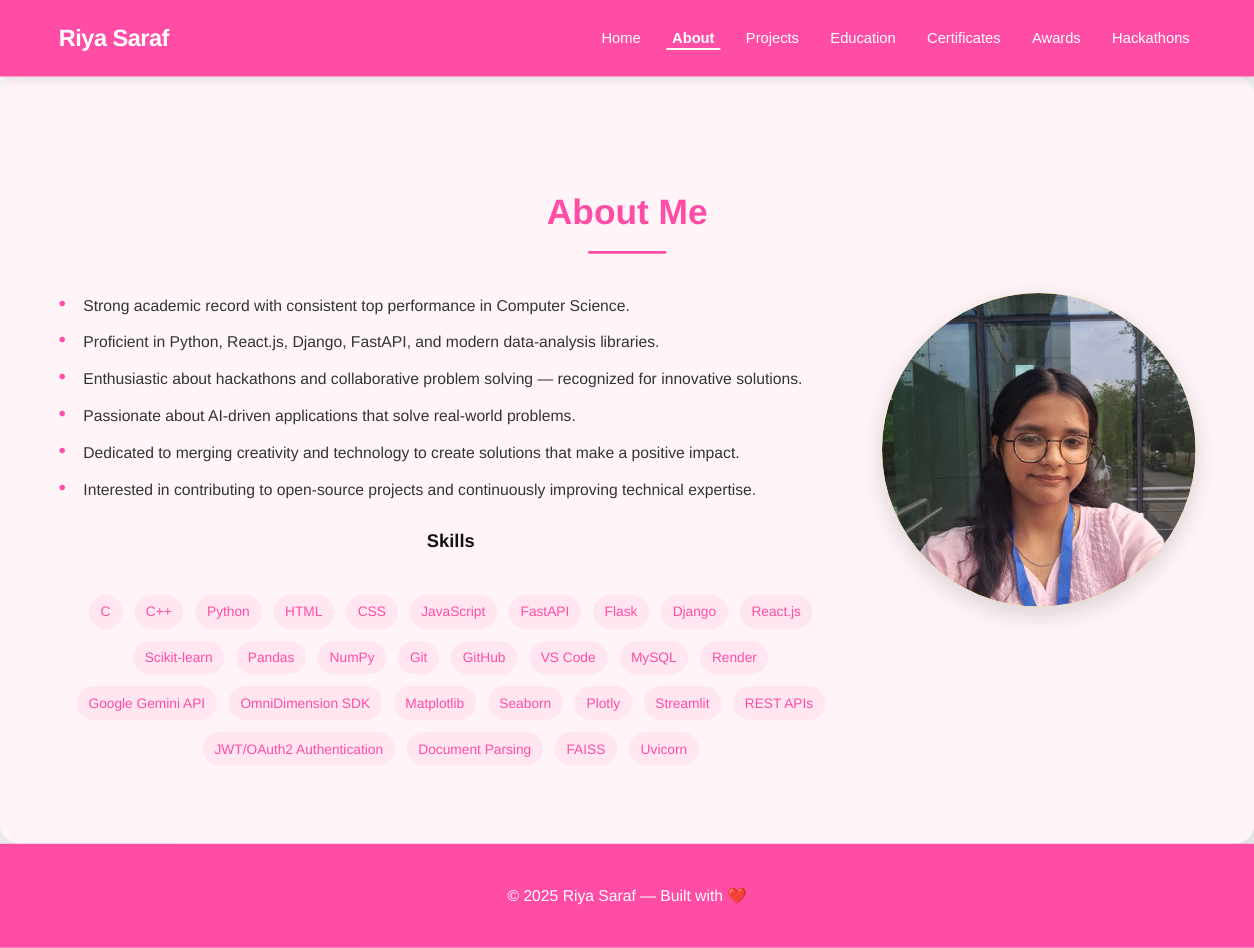
Repository: riyaaaa19/riya-portfolio
Page: /, after clicking the first element matching `nav > :nth-child(2)`
These files come from the project's save history. The page is drawn as it stood at one moment and after the next save; the edit follows.
The browser window is 1280 px wide. The pictures show the whole page, at 98% of full size.
The project was rebuilt for these pictures with package versions that can differ from the ones it lists, and the page was loaded fresh each time. Also part of the build but not shown: src/components/TimelineCard.js.

Above is the page before, as saved 2025-09-14 15:52:50.

### src/App.js
import React, { useState } from "react";
import { Mail, Github, Linkedin } from "lucide-react";
import TimelineCard from "./components/TimelineCard";
import "./styles.css";

export default function RiyaSarafPortfolio() {
  const [activePage, setActivePage] = useState("home");

  // ===== Data Sections =====
  const projects = [
    {
      title: "Leave Management System",
      tech: "React.js, FastAPI, PostgreSQL, JWT",
      desc: "Full-stack app for managing employee leave requests with role-based access and JWT authentication.",
      github: "https://github.com/riyaaaa19/leave-management-system",
      img: "/images/leave.png",
    },
    {
      title: "Genomic Analysis Web Application",
      tech: "Python, Django, Scikit-learn, Pandas",
      desc: "Django app for genomic data analysis with ML model selection, preprocessing and visualizations.",
      github: "https://github.com/riyaaaa19/genomic-analysis-django",
      img: "/images/genomics.png",
    },
    {
      title: "CyberSaarthi – Phishing & Invoice Fraud Detection",
      tech: "FastAPI, React.js, SQLite",
      desc: "ML + rule-based backend for phishing and invoice fraud detection with document parsing and structured reports.",
      github: "https://github.com/riyaaaa19/CyberSaarthi",
      img: "/images/cyber.png",
    },
    {
      title: "SheCare AI",
      tech: "FastAPI, React, SQLite, OmniDimension API",
      desc: "Health & wellness assistant for women with cycle tracking, journaling, PCOS risk check, and AI chatbot.",
      github: "https://github.com/sonamnimje/SheCare-AI",
      img: "/images/shecare.png",
    },
    {
      title: "SmartGrocery — AI-Powered Grocery & Recipe Assistant",
      tech: "Flask, Scikit-learn, Bootstrap, CSS",
      desc: "Smart Grocery Web app for recipe suggestions, nutrition tracking, inventory management, and shopping lists.",
      github: "https://github.com/arnavv19/Smart-Grocery-AI",
      img: "/images/grocery.png",
    },
  ];

  const education = [
    {
      school: "BADERIA GLOBAL INSTITUTE OF ENGINEERING AND MANAGEMENT",
      degree: "B.Tech CSE (Data Science)",
      year: "2022 – 2026",
      score: "CGPA: 8.28",
      img: "/images/graduation.png",
    },
    {
      school: "Nachiketa Higher Secondary School, Jabalpur",
      degree: "Class 12th • PCM • State Board",
      year: "2022",
      score: "Percentage: 73.4%",
      img: "/images/school.png",
    },
    {
      school: "Nachiketa Higher Secondary School, Jabalpur",
      degree: "Class 10th • State Board",
      year: "2020",
      score: "Percentage: 92%",
      img: "/images/school.png",
    },
  ];

  const certificates = [
    { title: "PCAP: Programming Essentials in Python", img: "/images/certificate1.jpg" },
    { title: "Introduction to Data Science — Cisco", img: "/images/certificate2.jpg" },
    { title: "Accenture Data Analytics Simulation", img: "/images/certificate3.jpg" },
    { title: "Global Entrepreneur Summit — IIT Kharagpur", img: "/images/certificate4.jpg" },
    { title: "Artificial Intelligence Fundamentals — IBM SkillsBuild", img: "/images/certificate5.jpg" },
    { title: "Cybersecurity Essentials — Cisco", img: "/images/certificate6.jpg" },
    { title: "Data Analytics — IBM Cognos", img: "/images/certificate7.jpg" },
  ];

  const awards = [
    { title: "Branch Topper — 2023, 2024, 2025", img: "/images/award1.jpg" },
    { title: "Best Girls Team Award — Hack SRIT 2025", img: "/images/award2.jpg" },
    { title: "1st Runner-Up — Ecopreneur Hackathon", img: "/images/award3.jpg" },
    { title: "3rd Position — Slide The Change at IEEE SHE ASPIRE 2.0", img: "/images/award4.jpg" },
  ];

  const hackathons = [
    {
      title: "Ecopreneur Hackathon",
      desc: "Hosted by Baderia Global Institute of Engineering and Management",
      img: "/images/hackathon1.jpg",
    },
    {
      title: "36-hour HackSRIT Hackathon",
      desc: "Hosted by Shri Ram Institute of technology",
      img: "/images/hackathon2.jpg",
    },
    {
      title: "Operation Eclipse – Stealth Spacecraft Design & Architecture",
      desc: "Competition at IIITDM Jabalpur",
      img: "/images/hackathon3.jpg",
    },
    {
      title: "Global Entrepreneurship Summit 2025",
      desc: "IIT Kharagpur",
      img: "/images/hackathon4.jpg",
    },
    {
      title: "All India Women only Hackathon 2023",
      desc: "Hosted by Shooting stars foundation",
      img: "/images/hackathon5.jpg",
    },
  ];

  return (
    <div>
      {/* ===== Header ===== */}
      <header>
        <h1>Riya Saraf</h1>
        <nav>
          {["home", "about", "projects", "education", "certificates", "awards", "hackathons"].map((page) => (
            <button
              key={page}
              onClick={() => setActivePage(page)}
              className={activePage === page ? "active" : ""}
            >
              {page.charAt(0).toUpperCase() + page.slice(1)}
            </button>
          ))}
        </nav>
      </header>

      {/* ===== Home Section ===== */}
      {activePage === "home" && (
        <section className="hero">
          <div className="particle-bg">
            <span></span><span></span><span></span><span></span><span></span>
          </div>
          <div className="hero-text">
            <h2>
              Hi There, I'm <span className="highlight">Riya Saraf</span>
            </h2>
            <h3>
              I Am Into{" "}
              <span className="typing-container">
                <span className="typing">Web Development | Data Science | AI/ML</span>
              </span>
            </h3>
            <p>
              Motivated Computer Science undergraduate skilled in Python,
              full-stack development, and ML/AI. Passionate about building
              impactful solutions and contributing to open-source projects.
            </p>

            <div className="hero-buttons">
              <button className="cta" onClick={() => setActivePage("projects")}>View Projects</button>
              <a
                href="https://mail.google.com/mail/?view=cm&fs=1&to=riyasaraf19@gmail.com"
                target="_blank"
                rel="noopener noreferrer"
                className="cta"
              >
                Contact Me
              </a>
              <a
                href={process.env.PUBLIC_URL + "/images/resume.pdf"}
                target="_blank"
                rel="noopener noreferrer"
                className="cta"
              >
                View Resume
              </a>
            </div>

            <div className="social-icons">
              <a href="https://linkedin.com/in/riya-saraf-9223a9257" target="_blank" rel="noreferrer"><Linkedin size={18} /></a>
              <a href="https://github.com/riyaaaa19" target="_blank" rel="noreferrer"><Github size={18} /></a>
              <a href="mailto:riyasaraf19@gmail.com"><Mail size={18} /></a>
              <a href="https://leetcode.com/u/riyaaa19/" target="_blank" rel="noreferrer">LC</a>
              <a href="https://www.hackerrank.com/profile/riyasaraf19" target="_blank" rel="noreferrer">HR</a>
            </div>
          </div>
          <div className="hero-img">
            <div className="avatar-circle">
              <img src="/images/riya-photo.png" alt="Riya Saraf" />
            </div>
          </div>
        </section>
      )}

      {/* ===== About Section ===== */}
      {activePage === "about" && (
        <section className="about">
          <h2>About Me</h2>
          <div className="about-container" style={{ display: "flex", flexWrap: "wrap", gap: "40px", alignItems: "flex-start" }}>

            {/* Left Side: About Text + Skills */}
            <div style={{ flex: 1 }}>
              <ul style={{ paddingLeft: "0", lineHeight: "1.8", listStyle: "none" }}>
                {[
                  "Strong academic record with consistent top performance in Computer Science.",
                  "Proficient in Python, React.js, Django, FastAPI, and modern data-analysis libraries.",
                  "Enthusiastic about hackathons and collaborative problem solving — recognized for innovative solutions.",
                  "Passionate about AI-driven applications that solve real-world problems.",
                  "Dedicated to merging creativity and technology to create solutions that make a positive impact.",
                  "Interested in contributing to open-source projects and continuously improving technical expertise."
                ].map((point, index) => (
                  <li key={index} style={{ position: "relative", paddingLeft: "25px", marginBottom: "12px", fontSize: "16px", color: "#333" }}>
                    <span style={{ position: "absolute", left: 0, color: "#ff4da6", fontWeight: "bold", fontSize: "20px", lineHeight: "1" }}>•</span>
                    {point}
                  </li>
                ))}
              </ul>

              {/* Skills Section */}
              <h3 style={{ marginTop: "25px", marginBottom: "15px", color: "DarkPink", textAlign: "center" }}>Skills</h3>
              <div className="skills-section" style={{ display: "flex", flexWrap: "wrap", gap: "12px", justifyContent: "center" }}>
                {[
                  "C", "C++", "Python", "HTML", "CSS", "JavaScript",
                  "FastAPI", "Flask", "Django", "React.js", "Scikit-learn", "Pandas", "NumPy",
                  "Git", "GitHub", "VS Code", "MySQL", "Render", "Google Gemini API", "OmniDimension SDK",
                  "Matplotlib", "Seaborn", "Plotly", "Streamlit",
                  "REST APIs", "JWT/OAuth2 Authentication", "Document Parsing", "FAISS", "Uvicorn"
                ].map((skill) => (
                  <span key={skill} className="skills-card" style={{
                    backgroundColor: "#ffe6f0",
                    color: "#ff4da6",
                    padding: "6px 12px",
                    borderRadius: "20px",
                    fontSize: "14px",
                    fontWeight: "500"
                  }}>{skill}</span>
                ))}
              </div>
            </div>

            {/* Right Side: About Image */}
            <div className="about-img" >
              <div className="avatar-circle">
                <img
                  src="/images/about.png"
                  alt="About Me"
                />
              </div>
            </div>
          </div>
        </section>
      )}

      {/* ===== Projects Section ===== */}
      {activePage === "projects" && (
        <section>
          <h2>Projects</h2>
          <div className="grid">
            {projects.map((p, i) => (
              <TimelineCard
                key={i}
                title={p.title}
                subtitle={p.tech}
                img={p.img}
                score={<span style={{ color: "#555" }}>{p.desc}</span>}
                github={p.github}
                live={p.live}
                type="project"
              />
            ))}
          </div>
        </section>
      )}

      {/* ===== Education Section ===== */}
      {activePage === "education" && (
        <section>
          <h2>Education</h2>
          <div className="timeline">
            {education.map((e, i) => (
              <TimelineCard
                key={i}
                title={e.school}
                subtitle={e.degree}
                year={e.year}
                score={e.score}
                img={e.img}
                type="education"
              />
            ))}
          </div>
        </section>
      )}

      {/* ===== Certificates Section ===== */}
      {activePage === "certificates" && (
        <section>
          <h2>Certificates</h2>
          <div className="grid">
            {certificates.map((c, i) => (
              <TimelineCard key={i} title={c.title} img={c.img} type="certificate" />
            ))}
          </div>
        </section>
      )}

      {/* ===== Awards Section ===== */}
      {activePage === "awards" && (
        <section>
          <h2>Awards</h2>
          <div className="grid">
            {awards.map((a, i) => (
              <TimelineCard key={i} title={a.title} img={a.img} type="award" />
            ))}
          </div>
        </section>
      )}

      {/* ===== Hackathons Section ===== */}
      {activePage === "hackathons" && (
        <section>
          <h2>Hackathons & Conferences</h2>
          <div className="grid">
            {hackathons.map((h, i) => (
              <TimelineCard key={i} title={h.title} subtitle={h.desc} img={h.img} type="certificate" />
            ))}
          </div>
        </section>
      )}

      {/* ===== Footer ===== */}
      <footer>© {new Date().getFullYear()} Riya Saraf — Built with ❤️</footer>
    </div>
  );
}

### src/styles.css
/* ===== General Styling ===== */
body {
    margin: 0;
    font-family: 'Helvetica Neue', Arial, sans-serif;
    background: linear-gradient(135deg, #fdfbfb 0%, #ebedee 100%);
    color: #111;
    line-height: 1.6;
    scroll-behavior: smooth;
}

/* ===== Header ===== */
header {
    position: sticky;
    top: 0;
    background: #ff4da6;
    padding: 20px 60px;
    display: flex;
    justify-content: space-between;
    align-items: center;
    z-index: 100;
    box-shadow: 0 4px 12px rgba(0, 0, 0, 0.1);
    animation: slideDown 0.8s ease-in-out;
}

header h1 {
    margin: 0;
    font-size: 24px;
    font-weight: 700;
    color: #fff;
    letter-spacing: -0.5px;
    transition: transform 0.3s ease;
}

header h1:hover {
    transform: scale(1.08);
}

nav button {
    background: none;
    border: none;
    margin-left: 20px;
    font-size: 15px;
    color: #fff;
    cursor: pointer;
    transition: color 0.3s, border-bottom 0.3s, transform 0.3s;
}

nav button.active {
    font-weight: 600;
    border-bottom: 2px solid #fff;
    padding-bottom: 2px;
}

nav button:hover {
    color: #ffe3f0;
    transform: translateY(-2px);
}

/* ===== Sections ===== */
section {
    padding: 80px 60px;
    background: white;
    animation: fadeIn 1s ease-in;
}

section h2 {
    font-size: 32px;
    font-weight: 700;
    margin-bottom: 25px;
    color: #ff4da6;
    text-align: center;
    position: relative;
}

section h2::after {
    content: "";
    width: 60px;
    height: 3px;
    background: #ff4da6;
    display: block;
    margin: 10px auto 0;
    border-radius: 2px;
    animation: expand 0.8s ease-in-out;
}

/* ===== Hero Section ===== */
.hero {
    display: flex;
    flex-wrap: wrap;
    justify-content: space-between;
    align-items: center;
    gap: 50px;
    padding: 100px 60px;
    min-height: 80vh;
    position: relative;
    overflow: hidden;
}

.hero-text {
    flex: 1;
    max-width: 600px;
    display: flex;
    flex-direction: column;
    gap: 12px;
}

.hero-text h2 {
    font-size: 52px;
    font-weight: 800;
    margin: 0;
    line-height: 1.2;
    color: #ff4da6;
}

.hero-text .highlight {
    background: linear-gradient(45deg, #ff4da6, #ff7eb9);
    -webkit-background-clip: text;
    -moz-background-clip: text;
    background-clip: text;
    -webkit-text-fill-color: transparent;
    color: transparent;
}

.hero-text h3 {
    font-size: 22px;
    font-weight: 600;
    margin: 0;
    color: #111;
}

.hero-text p {
    max-width: 520px;
    font-size: 16px;
    color: #333;
    line-height: 1.6;
}

/* ===== Typing Effect Fix ===== */
.typing-container {
    display: inline-block;
    min-width: 300px;
    white-space: nowrap;
}

.typing {
    display: inline-block;
    border-right: 2px solid #ff4da6;
    overflow: hidden;
    vertical-align: middle;
    animation: typing 2.5s steps(30, end) forwards, blink-caret 0.75s step-end infinite;
}

@keyframes typing {
    from { width: 0; }
    to { width: 100%; }
}

@keyframes blink-caret {
    0%, 100% { border-color: transparent; }
    50% { border-color: #ff4da6; }
}

/* ===== Avatar ===== */
.hero-img {
    flex: 1;
    display: flex;
    justify-content: center;
    align-items: center;
}

.avatar-circle {
    width: 380px;
    height: 380px;
    border-radius: 50%;
    background: #ffe066;
    display: flex;
    justify-content: center;
    align-items: center;
    box-shadow: 0 8px 25px rgba(0,0,0,0.15);
    overflow: hidden;
    transition: transform 0.4s ease, box-shadow 0.4s ease;
}

.avatar-circle img {
    width: 95%;
    height: auto;
    border-radius: 50%;
    object-fit: cover;
}

.avatar-circle:hover {
    transform: scale(1.05);
    box-shadow: 0 10px 30px rgba(255, 77, 166, 0.3);
}

/* ===== Buttons ===== */
button.cta,
button.outline {
    margin-right: 12px;
    padding: 10px 22px;
    width: 160px;
    font-size: 15px;
    font-weight: 600;
    border-radius: 8px;
    border: 2px solid transparent;
    cursor: pointer;
    transition: all 0.25s ease;
}
.hero-buttons {
  display: flex;
  gap: 12px;
  margin-top: 20px;
  flex-wrap: wrap;
}

.hero-buttons button.cta,
.hero-buttons a.cta {
  flex: 1;
  min-width: 140px;
  text-align: center;
}

button.cta {
    background: #ff4da6;
    color: white;
}

button.cta:hover {
    background: #e04494;
}

button.outline {
    background: transparent;
    color: #ff4da6;
    border: 2px solid #ff4da6;
}

button.outline:hover {
    background: #ff4da6;
    color: white;
}

a.cta {
    display: inline-block;
    margin-right: 12px;
    padding: 10px 22px;
    font-size: 15px;
    font-weight: 600;
    border-radius: 8px;
    border: 2px solid transparent;
    cursor: pointer;
    transition: all 0.25s ease;
    background: #ff4da6;
    color: white;
    text-decoration: none;
    text-align: center;
}

a.cta:hover {
    background: #e04494;
}

/* ===== Social Icons ===== */
.social-icons {
    display: flex;
    gap: 18px;
    margin-top: 18px;
}

.social-icons a {
    color: #ff4da6;
    transition: color 0.25s;
    font-weight: bold;
    font-size: 15px;
    text-decoration: none;
}

.social-icons a:hover {
    color: #e04494;
}

/* ===== Footer ===== */
footer {
    padding: 40px;
    text-align: center;
    background: #ff4da6;
    color: white;
    font-weight: 500;
}

/* ===== Grid for Projects, Certificates, Awards ===== */
.grid {
    display: grid;
    gap: 25px;
    grid-template-columns: repeat(3, 1fr);
}
@media (max-width: 900px) {
    .grid {
        grid-template-columns: repeat(2, 1fr);
    }
}

@media (max-width: 600px) {
    .grid {
        grid-template-columns: 1fr;
    }
}

/* ===== Timeline for Education ===== */
.timeline {
    position: relative;
    margin-left: 20px;
    padding-left: 40px;
    border-left: 3px solid #ff4da6;
}

.timeline-card {
    position: relative;
    margin-bottom: 40px;
    padding: 20px 20px 20px 40px;
    background: #fff;
    border-radius: 12px;
    box-shadow: 0 4px 12px rgba(0,0,0,0.08);
    transition: transform 0.3s, box-shadow 0.3s;
}

.timeline-card:hover {
    transform: scale(1.03);
    box-shadow: 0 6px 18px rgba(0,0,0,0.15);
}

.timeline-card span {
    position: absolute;
    left: -28px;
    top: 20px;
    width: 20px;
    height: 20px;
    border-radius: 50%;
    background: #ff4da6;
    color: #fff;
    display: flex;
    justify-content: center;
    align-items: center;
    font-size: 14px;
}

/* ===== Animations ===== */
@keyframes fadeIn {
    0% { opacity: 0; transform: translateY(20px); }
    100% { opacity: 1; transform: translateY(0); }
}

@keyframes slideDown {
    0% { transform: translateY(-100%); }
    100% { transform: translateY(0); }
}

@keyframes expand {
    0% { width: 0; }
    100% { width: 60px; }
}

/* ===== Responsive ===== */
@media (max-width: 900px) {
    .hero {
        flex-direction: column;
        text-align: center;
    }
    .hero-img {
        margin-top: 30px;
    }
}

/* ===== Timeline Styling for Education (Right-side Images) ===== */
.timeline {
    position: relative;
    padding-right: 60px;
    margin-left: 20px;
    border-left: 3px solid #ff4da6;
}

.timeline .timeline-card {
    position: relative;
    margin-bottom: 30px;
    padding: 15px 20px;
    background: #fff;
    border-radius: 12px;
    box-shadow: 0 4px 12px rgba(0,0,0,0.08);
    transition: transform 0.2s;
}

.timeline .timeline-card:hover {
    transform: scale(1.03);
}

.timeline .timeline-card img {
    width: 50px;
    height: 50px;
    object-fit: cover;
    border-radius: 50%;
    position: absolute;
    right: -65px;
    top: 15px;
    box-shadow: 0 3px 10px rgba(0,0,0,0.15);
}

.timeline .timeline-card h4 {
    margin: 0 0 6px 0;
    font-size: 16px;
    font-weight: 600;
}

.timeline .timeline-card p {
    margin: 2px 0;
    font-size: 14px;
    color: #555;
}

/* ===== About Section ===== */
.about {
    background: #fff5f9;
    padding: 80px 60px;
    border-radius: 20px;
    box-shadow: 0 8px 25px rgba(0,0,0,0.1);
    animation: fadeIn 1s ease-in-out;
}

.about h2 {
    font-size: 36px;
    color: #ff4da6;
    text-align: center;
    font-weight: 800;
    margin-bottom: 40px;
    position: relative;
}

.about h2::after {
    content: "";
    display: block;
    width: 80px;
    height: 3px;
    background: #ff4da6;
    margin: 10px auto 0;
    border-radius: 2px;
}

/* About container layout */
.about-container {
    display: flex;
    flex-wrap: wrap;
    gap: 40px;
    align-items: flex-start;
}

/* Text points */
.about-container ul {
    flex: 1;
    list-style: none;
    padding: 0;
    margin: 0;
}

.about-container ul li {
    font-size: 16px;
    color: #333;
    line-height: 1.6;
    padding-left: 30px;
    margin-bottom: 12px;
    position: relative;
    padding-left: 30px;
    align-items: flex-start;
}

.about-container ul li::before {
    position: absolute;
    left: 0;
    top: 0;
    font-size: 18px;
    color: #ff4da6;
    font-weight: bold;
    line-height: 1;
}

/* About image */
.about-img {
    flex: 0 0 320px; /* increased width */
    display: flex;   /* enable flexbox */
    justify-content: center;
    align-items: center; /* vertically center with the points */
}

.about-img .avatar-circle {
    width: 320px;  /* increased size */
    height: 320px; /* increased size */
    border-radius: 50%;
    overflow: hidden;
    box-shadow: 0 8px 25px rgba(0,0,0,0.15);
    transition: transform 0.4s ease, box-shadow 0.4s ease;
}

.about-img .avatar-circle img {
    width: 100%;
    height: 100%;
    object-fit: cover;
}

.about-img .avatar-circle:hover {
    transform: scale(1.05);
    box-shadow: 0 12px 30px rgba(255,77,166,0.3);
}


/* ===== Skills Section ===== */
.skills-section {
    flex: 1 1 100%;
    display: flex;
    flex-wrap: wrap;
    gap: 10px; /* spacing between capsules */
    margin-top: 40px;
    justify-content: center;
}

.skills-card {
    background: #ffe6f0;
    color: #ff4da6;
    padding: 8px 15px;
    border-radius: 50px;
    font-size: 14px;
    font-weight: 600;
    display: inline-block;
    transition: transform 0.2s, box-shadow 0.2s;
    cursor: default;
}

.skills-card:hover {
    transform: translateY(-3px);
    box-shadow: 0 8px 20px rgba(255,77,166,0.2);
}

.skills-card h4,
.skills-card ul,
.skills-card li {
    display: none; /* hide old headings/lists */
}

/* ===== Responsive About Section ===== */
@media (max-width: 900px) {
    .about-container {
        flex-direction: column;
        align-items: center;
        text-align: center;
    }
    .about-img {
        margin-top: 30px;
    }
}

@media (max-width: 600px) {
    .skills-section {
        justify-content: center;
    }
}

Loaded but not shown: public/index.html (common file); src/index.js (common file)

After the next save:
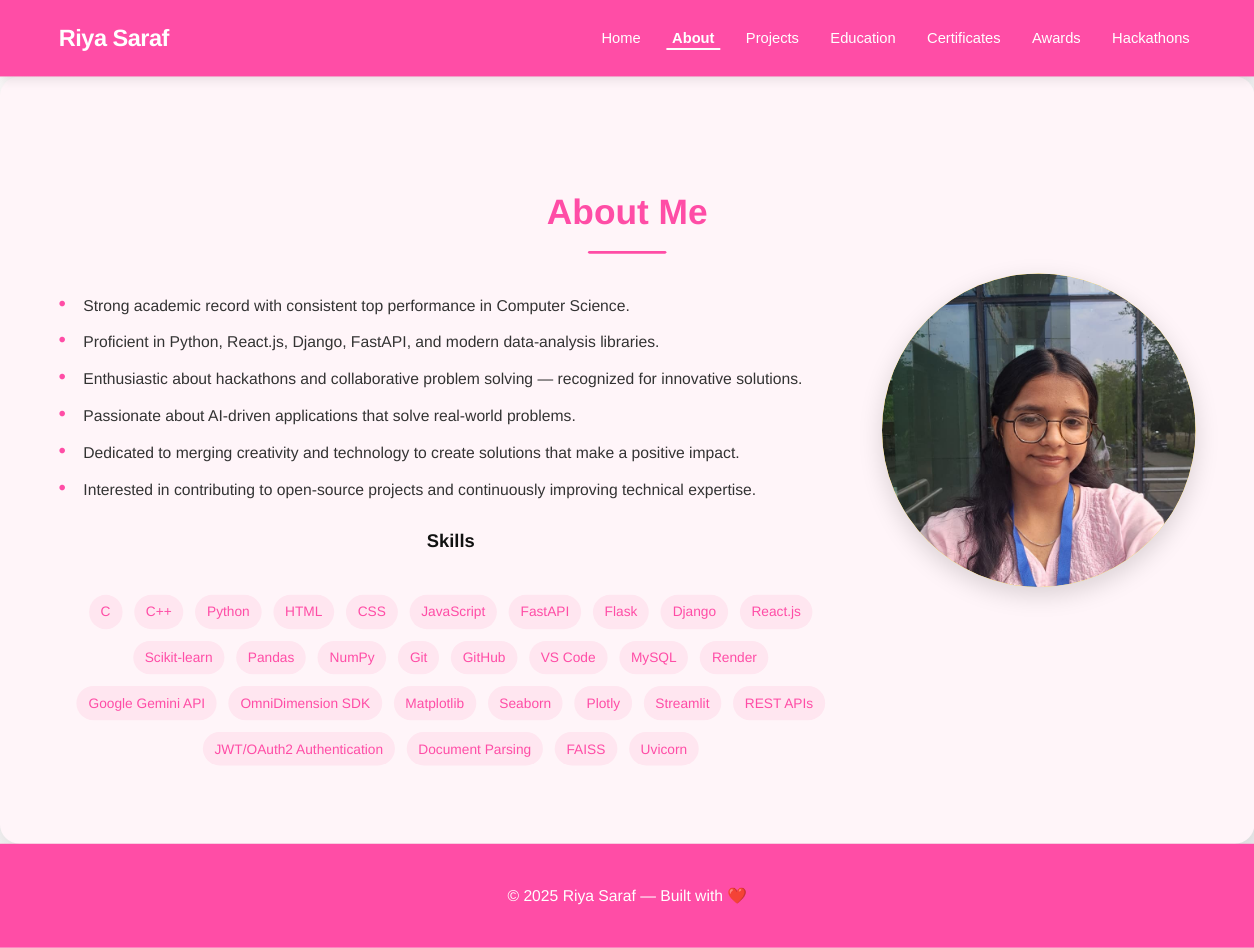
Saved 48 s later.
--- a/src/styles.css
+++ b/src/styles.css
@@ -487,6 +487,7 @@ footer {
     display: flex;   /* enable flexbox */
     justify-content: center;
     align-items: center; /* vertically center with the points */
+    margin-top: -20px;
 }
 
 .about-img .avatar-circle {
